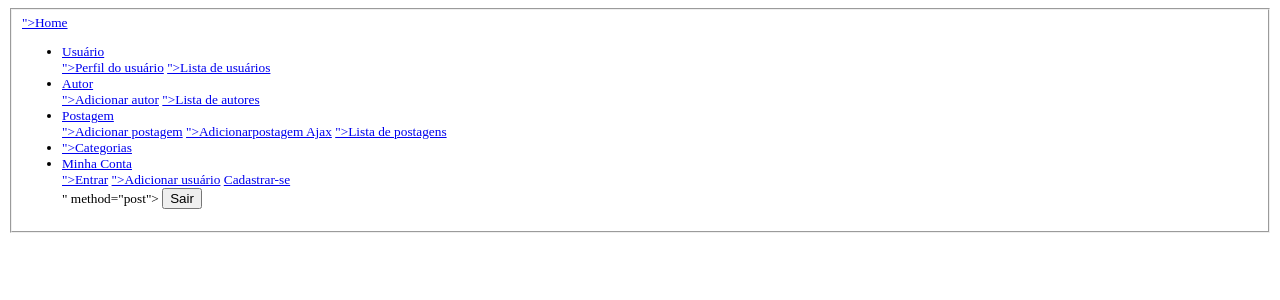
Repository: f4br1c10/Curso-Spring-Devmedia
Page: http://localhost/blog/WEB-INF/views/menu.jsp
These files come from the project's save history. The page is drawn as it stood at one moment and after the next save; the edit follows.
The browser window is 1280 px wide. The pictures show the whole page.
The page is served by Tomcat 9. Nobody is signed in. The template is opened directly, without the code that normally fills it, so the values that code supplies are empty.

Above is the page before, as saved 2019-07-09 16:14:55.

After the next save:
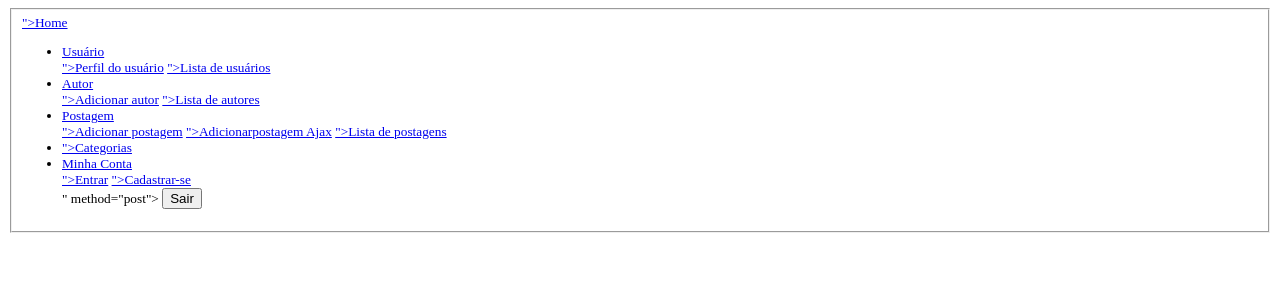
Saved 23 s later.
--- a/blog/src/main/webapp/WEB-INF/views/menu.jsp
+++ b/blog/src/main/webapp/WEB-INF/views/menu.jsp
@@ -48,8 +48,7 @@
 					<div class="dropdown-menu" aria-labelledby="navbarDropdownMenuLink">
 			    	<c:if test="${logado == null}">
 						<a class="dropdown-item" href="<c:url value = "/auth/form"/>">Entrar</a>
-						<a class="dropdown-item" href="<c:url value = "/usuario/add"/>">Adicionar usuário</a>
-						<a class="dropdown-item" href="#"/>Cadastrar-se</a>
+						<a class="dropdown-item" href="<c:url value = "/usuario/add"/>">Cadastrar-se</a>
 					</c:if>
 						<security:authorize access="hasAnyAuthority('ADMIN','AUTOR','LEITOR')">
 							<form action="<c:url value="/logout"/>" method="post">
